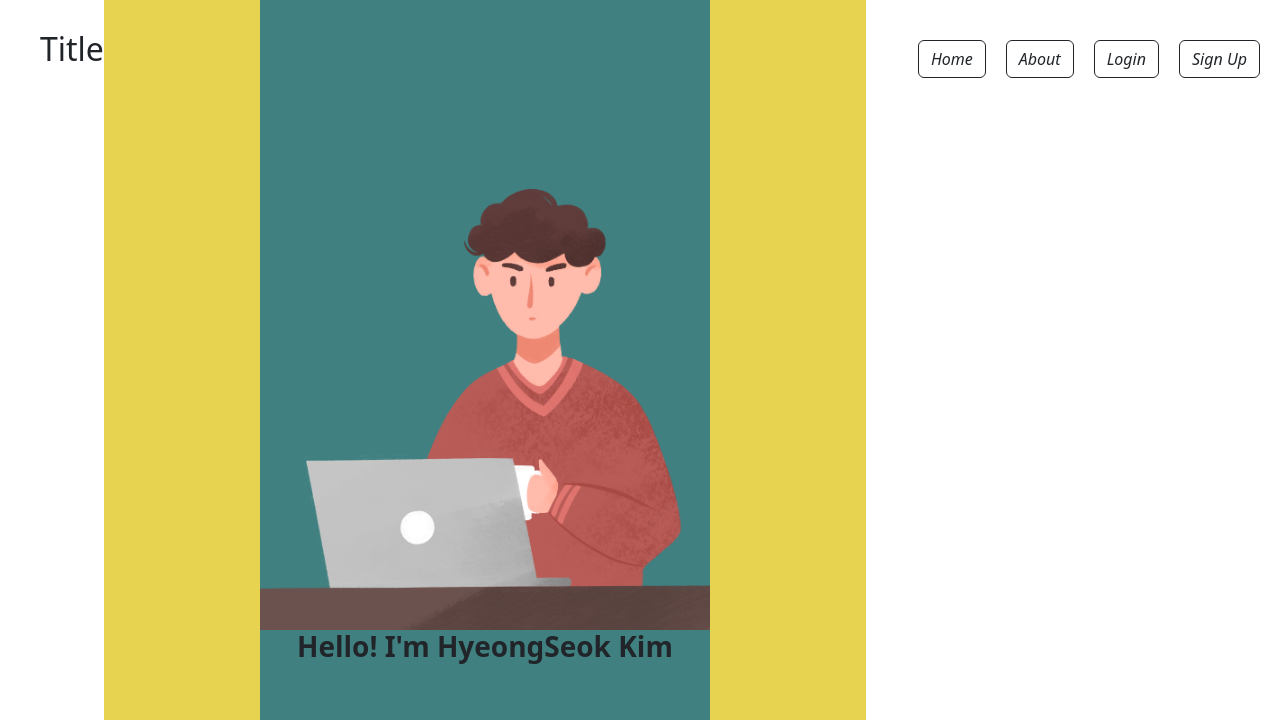
Repository: beruzz/ezen
Page: http://localhost/introduce/
An editor plug-in stored every save of this project. The page is shown before and after the next save, followed by the edit.
The browser window is 1280 px wide. The pictures show the whole page.
An inner scrolling area shows only its first screen. The page is served by Tomcat 9. Other server files are loaded and not shown. The template is opened directly, without the code that normally fills it, so the values that code supplies are empty.

Above is the page before, as saved 2022-12-14 08:12:08.

### JSP_Board&Member/introduce/src/main/webapp/index.jsp
<%@ page language="java" contentType="text/html; charset=UTF-8"
	pageEncoding="UTF-8"%>
<%@ taglib uri="http://java.sun.com/jsp/jstl/core" prefix="c"%>
<!DOCTYPE html>
<html>
<head>
<meta charset="UTF-8">
<title>Insert title here</title>
<link rel="stylesheet" href="/css/main.css">
<link rel="stylesheet" href="/css/scroll.css">
<!-- CSS only -->
<link
	href="https://cdn.jsdelivr.net/npm/bootstrap@5.2.2/dist/css/bootstrap.min.css"
	rel="stylesheet"
	integrity="sha384-Zenh87qX5JnK2Jl0vWa8Ck2rdkQ2Bzep5IDxbcnCeuOxjzrPF/et3URy9Bv1WTRi"
	crossorigin="anonymous">
</head>
<body>
	<div id="container">
		<header id="header">
			<h2 class="title">Title</h2>
			<nav class="menu">
				<ul>
					<li><a href="/" class="btn btn-outline-dark">Home</a></li>
					<li><a href="" class="btn btn-outline-dark">About</a></li>
					<c:if test="${ses.id eq null }">
						<li><a href="/mc/login" class="btn btn-outline-dark">Login</a></li>
					</c:if>
					<li><a href="/mc/join" class="btn btn-outline-dark">Sign
							Up</a></li>
				</ul>
				<c:if test="${ses.id ne null && ses.id ne '' }">
				${ses.id }님 로그인 완료 <br>
					<a href="/mc/logout?id=${ses.id }"><button type="button"
							class="btn btn-outline-dark">로그아웃</button></a>
					<br>
				</c:if>
			</nav>
		</header>
		<div class="list">
		<div class="one">
			<span class="profile"><img src="/images/me.png" width="450px;"
				height="450px" alt=""></span>
			<h3>
				<strong>Hello! I'm HyeongSeok Kim</strong>
			</h3>
		</div>
		</div>

		<div class="list">
			<div class="two">
				<img class="me" src="/images/me2.png" alt="" width="450px;"
					height="500px">
				<h3 class="intext">
					<strong>What would I lose if I learn coding?<br>Absoultely
						nothing!
					</strong><br>
					<br> Hello! I'm Kim. Welcome to my homepage.<br> After I
					came back to Korea, I was also in the service fields. <br> But
					I don't want to see myself in the same industry in the few years. <br>
					The reason I want to be a back-end engineer is that <br> there
					is no limits for studying and developing myself! <br>
					Achievement is one of my motivation of my life. <br>
					<br> To be a great developer, <br> achievement and
					developing myself constantly <br> is the most important thing,
					I think.</h3>
			</div>
		</div>
	</div>
</body>
</html>

### JSP_Board&Member/introduce/src/main/webapp/css/main.css
@charset "UTF-8";

header {
	align-items: center;
	list-style: none;
}

.title {
	float: left;
	margin-left: 40px;
	margin-top: 30px;
}

.one {
	background-size: cover;
	text-align: center;
	padding-top: 180px;
	padding-bottom: 130px;
	background-color: #408080;
}

ul {
	list-style: none;
	margin-right: 20px;
}

.menu {
	font-size: 20px;
	font-style: italic;
	float: right;
	margin-top: 40px;
}

.menu li {
	float: left;
	margin-left: 20px;
}

a {
	text-decoration: none;
	color: black;
}

.list {
	background-color: #e7d350;
	display: flex;
	justify-content: center;
	align-content: center;

}

### JSP_Board&Member/introduce/src/main/webapp/css/scroll.css
@charset "UTF-8";
#container{
    width:100%;
    height:100vh;
    overflow: auto;
    scroll-behavior: smooth;
    scroll-snap-type: y mandatory;
}

/*.list{
    width:100%;
    height:100vh;
    display: flex;
    justify-content: center;
    align-items: center;
    scroll-snap-align: center;
}*/

/* .list:nth-child(1){
    background-color: rgb(0, 0, 0);
    background-size: cover;
    background-attachment: fixed;
    background-position: center;
} */

/*.list:nth-child(2){
    background-color: #4e5a56;
    background-size: cover;
    background-attachment: fixed;
    background-position: center;
}*/

After the next save:
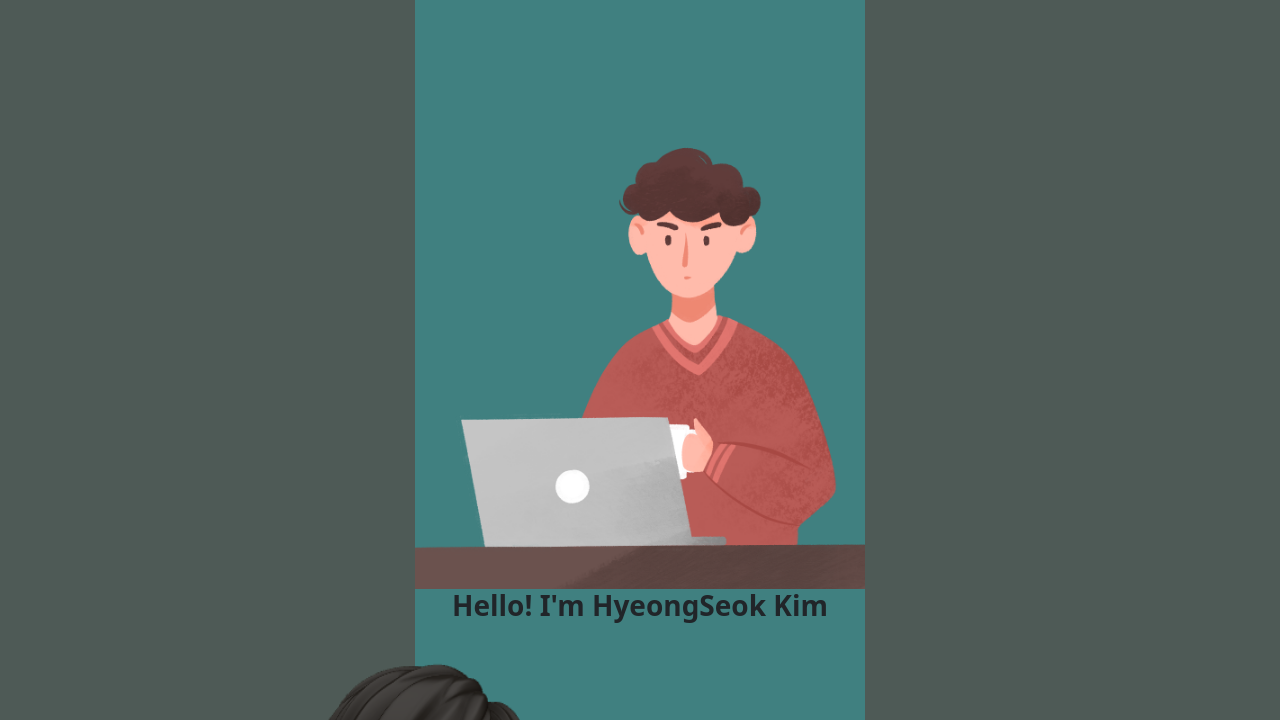
Saved 4 min 12 s later.
--- a/JSP_Board&Member/introduce/src/main/webapp/css/scroll.css
+++ b/JSP_Board&Member/introduce/src/main/webapp/css/scroll.css
@@ -7,14 +7,14 @@
     scroll-snap-type: y mandatory;
 }
 
-/*.list{
+.list{
     width:100%;
     height:100vh;
     display: flex;
     justify-content: center;
     align-items: center;
     scroll-snap-align: center;
-}*/
+}
 
 /* .list:nth-child(1){
     background-color: rgb(0, 0, 0);
@@ -23,9 +23,9 @@
     background-position: center;
 } */
 
-/*.list:nth-child(2){
+.list:nth-child(2){
     background-color: #4e5a56;
     background-size: cover;
     background-attachment: fixed;
     background-position: center;
-}*/
+}
